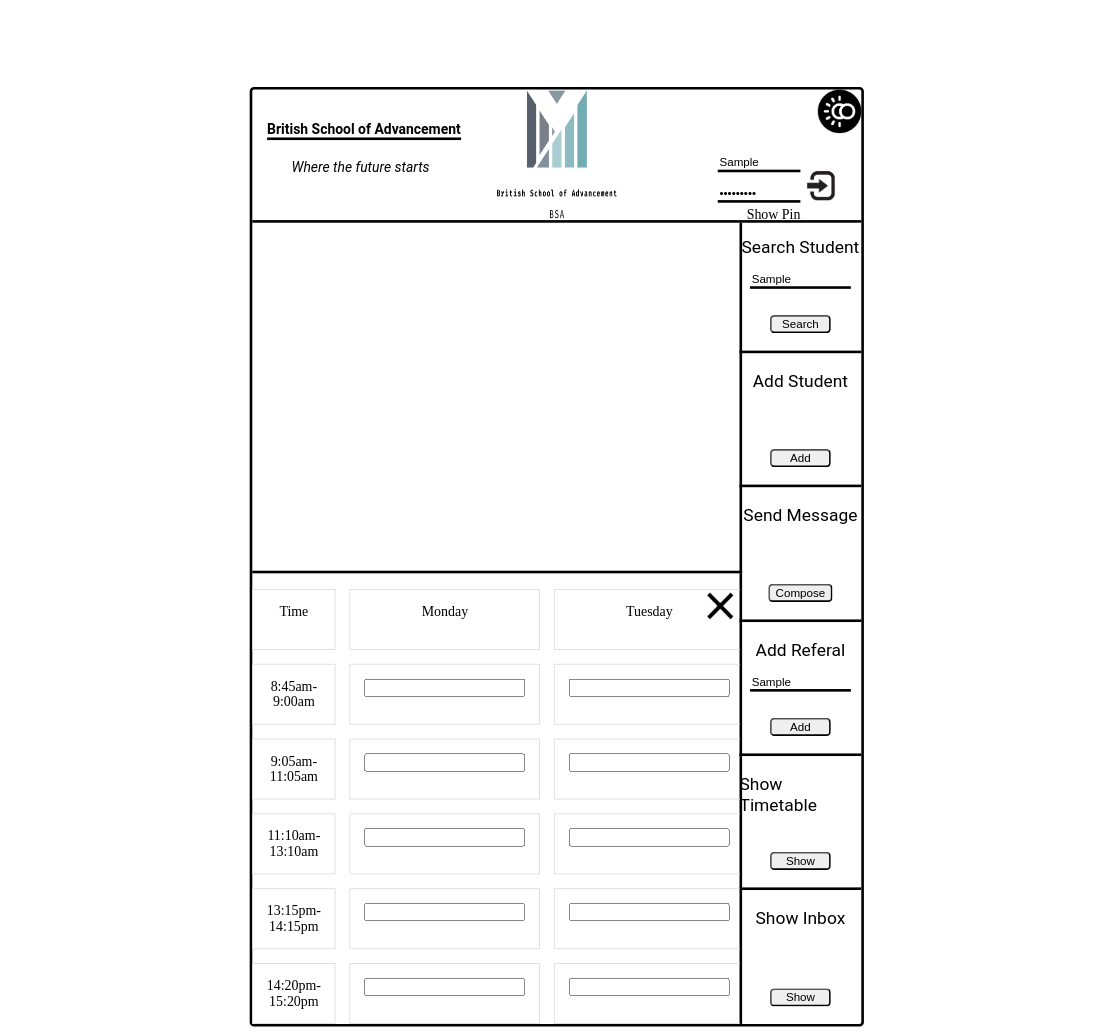
Repository: ghend99/Guardian-Application
Page: index.html
An editor plug-in stored every save of this project. The page is shown before and after the next save, followed by the edit.
The browser window is 1280 px wide. The pictures show the whole page, at 87% of full size.
Empty fields were first filled with sample values (such as "Sample", 5 or name@example.com).
After loading, the first visible `#timetable-open` was clicked once.

Above is the page before, as saved 2023-06-06 14:31:58.
Console error: ReferenceError: btnUpdateTimetableLink is not defined

After the next save:
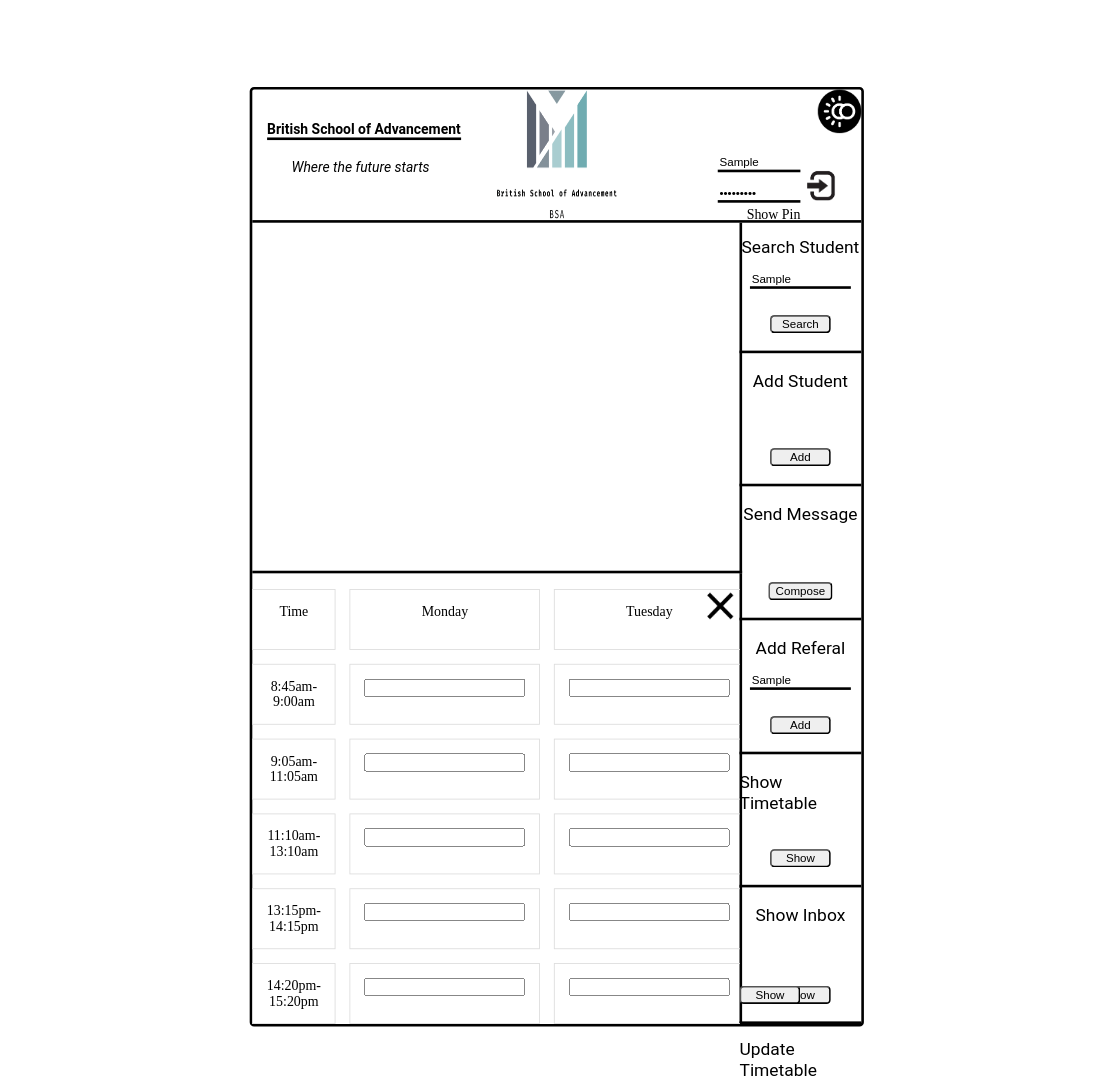
Saved 12 s later.
--- a/buttons.js
+++ b/buttons.js
@@ -90,6 +90,7 @@ btnTimetableOpen.addEventListener("click", function (e) {
   e.preventDefault();
   inboxContainer.style.display = "none";
   timetableContainer.style.display = "grid";
+  UpdateTimetableLinkContainer.style.display = "block";
 });
 
 btnStudentManagementClose.addEventListener("click", function (e) {
